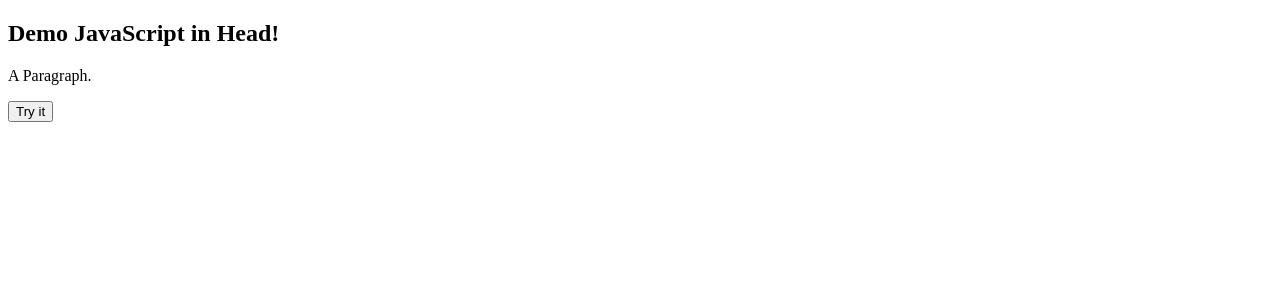
Repository: gautamsonam011/JS-Course
Page: paragraphchanged.html
An editor plug-in stored every save of this project. The page is shown before and after the next save, followed by the edit.
The browser window is 1280 px wide. The pictures show the whole page.
After loading, the first visible `button` was clicked once.

Above is the page before, as saved 2025-05-09 13:45:51.
Console error: TypeError: Cannot set properties of null (setting 'innerHTML')

### paragraphchanged.html
<!DOCTYPE html>
<html lang="en">
<head>
    <meta charset="UTF-8">
    <meta name="viewport" content="width=device-width, initial-scale=1.0">
    <title>Paragraph Changed</title>
    <script>
        function myFunction(){
            document.getElementById("dem").innerHTML = "Paragraph changed";
        }
    </script>
</head>
<body>
    <h2>Demo JavaScript in Head!</h2>
    <p id="demo">A Paragraph.</p>
    <button type="button" onclick="myFunction()">Try it</button>
</body>
</html>

After the next save:
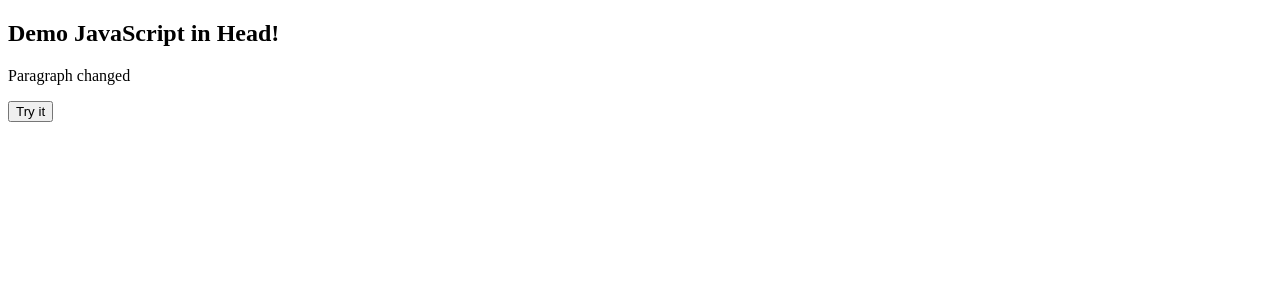
The error is gone.
Saved 57 s later.
--- a/paragraphchanged.html
+++ b/paragraphchanged.html
@@ -6,7 +6,7 @@
     <title>Paragraph Changed</title>
     <script>
         function myFunction(){
-            document.getElementById("dem").innerHTML = "Paragraph changed";
+            document.getElementById("demo").innerHTML = "Paragraph changed";
         }
     </script>
 </head>
